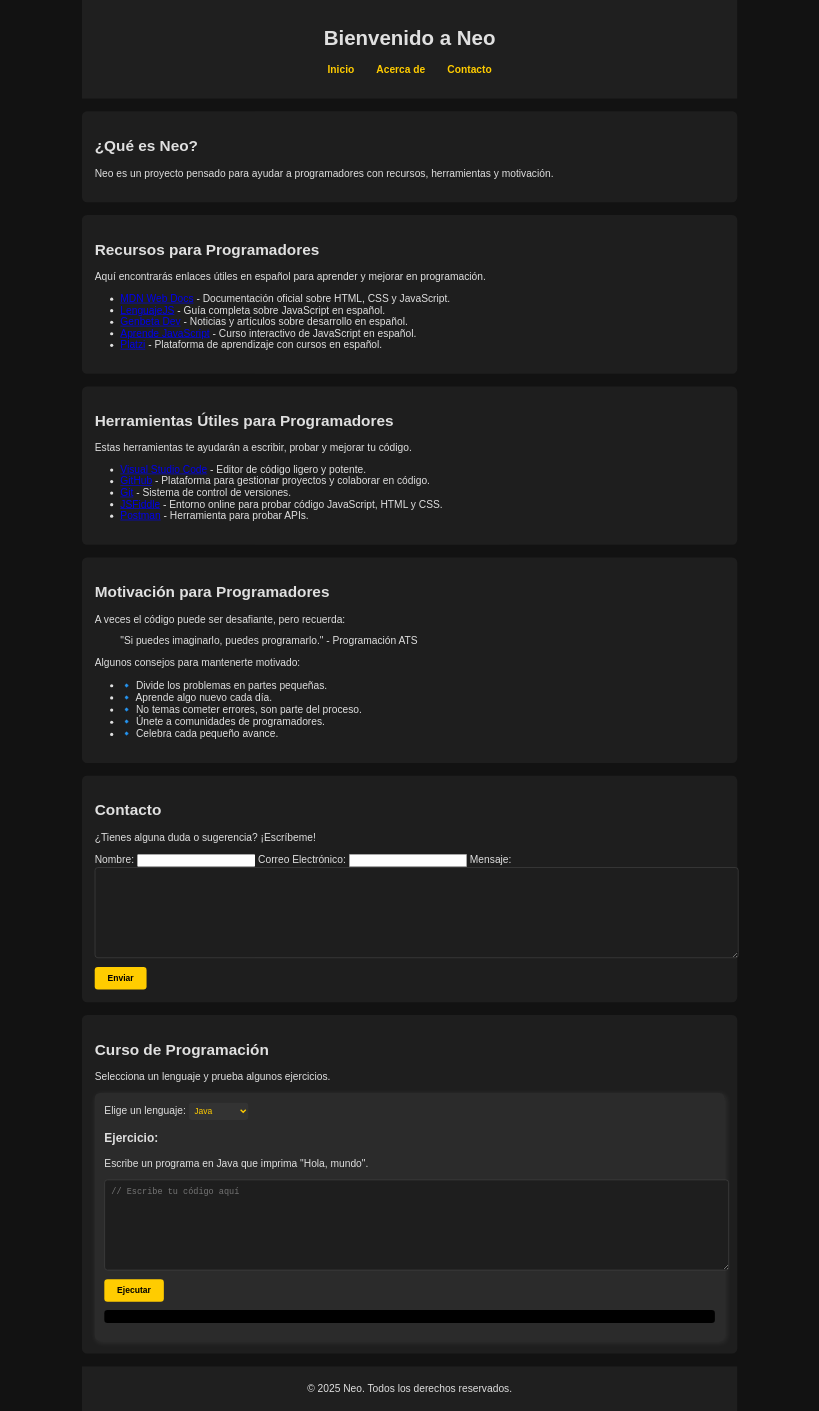
Repository: TapZc/getya_proyect
Page: index.html
An editor plug-in stored every save of this project. The page is shown before and after the next save, followed by the edit.
The browser window is 1280 px wide. The pictures show the whole page, at 64% of full size.

Above is the page before, as saved 2025-02-21 07:50:51.

### index.html
<!DOCTYPE html>
<html lang="es">
<head>
    <meta charset="UTF-8">
    <meta name="viewport" content="width=device-width, initial-scale=1.0">
    <title>Neo</title>
    <link rel="stylesheet" href="styles.css">
</head>

<script>
    function ejecutarCodigo() {
        let codigo = document.getElementById("codigo").value.trim();
        let resultado = document.getElementById("resultado");
        let lenguaje = document.getElementById("lenguaje").value;

        // Limpiar resultado antes de ejecutar
        resultado.textContent = "";

        if (codigo === "") {
            resultado.textContent = "⚠️ Escribe un código antes de ejecutar.";
            return;
        }

        // Si el usuario eligió JavaScript, ejecutamos directamente en el navegador
        if (lenguaje === "javascript") {
            try {
                let output = eval(codigo); // Evalúa el código
                resultado.textContent = "✅ Salida:\n" + output;
            } catch (error) {
                resultado.textContent = "❌ Error de sintaxis:\n" + error.message;
            }
        } else {
            // Simulación para Java y Python (en un futuro podemos ejecutar en un servidor)
            if (lenguaje === "java") {
                if (!codigo.includes("System.out.println")) {
                    resultado.textContent = "❌ Error: Usa System.out.println() para imprimir en Java.";
                } else {
                    resultado.textContent = "✅ Salida esperada:\nHola, mundo (ejemplo simulado)";
                }
            } else if (lenguaje === "python") {
                if (!codigo.includes("print")) {
                    resultado.textContent = "❌ Error: Usa print() para imprimir en Python.";
                } else {
                    resultado.textContent = "✅ Salida esperada:\nHola, mundo (ejemplo simulado)";
                }
            }
        }
    }
</script>



<body>
        <div class="container">

    <header>
        <h1>Bienvenido a Neo</h1>
        <nav>
            <ul>
                <li><a href="#">Inicio</a></li>
                <li><a href="#">Acerca de</a></li>
                <li><a href="#">Contacto</a></li>
            </ul>
        </nav>
    </header>

    <section>
        <h2>¿Qué es Neo?</h2>
        <p>Neo es un proyecto pensado para ayudar a programadores con recursos, herramientas y motivación.</p>
    </section>

    <section>
        <h2>Recursos para Programadores</h2>
        <p>Aquí encontrarás enlaces útiles en español para aprender y mejorar en programación.</p>
        <ul>
            <li><a href="https://developer.mozilla.org/es/" target="_blank">MDN Web Docs</a> - Documentación oficial sobre HTML, CSS y JavaScript.</li>
            <li><a href="https://lenguajejs.com/" target="_blank">LenguajeJS</a> - Guía completa sobre JavaScript en español.</li>
            <li><a href="https://www.genbeta.com/desarrollo" target="_blank">Genbeta Dev</a> - Noticias y artículos sobre desarrollo en español.</li>
            <li><a href="https://aprendejavascript.org/" target="_blank">Aprende JavaScript</a> - Curso interactivo de JavaScript en español.</li>
            <li><a href="https://platzi.com/" target="_blank">Platzi</a> - Plataforma de aprendizaje con cursos en español.</li>
        </ul>
    </section>

    <section>
        <h2>Herramientas Útiles para Programadores</h2>
        <p>Estas herramientas te ayudarán a escribir, probar y mejorar tu código.</p>
        <ul>
            <li><a href="https://code.visualstudio.com/" target="_blank">Visual Studio Code</a> - Editor de código ligero y potente.</li>
            <li><a href="https://github.com/" target="_blank">GitHub</a> - Plataforma para gestionar proyectos y colaborar en código.</li>
            <li><a href="https://git-scm.com/" target="_blank">Git</a> - Sistema de control de versiones.</li>
            <li><a href="https://jsfiddle.net/" target="_blank">JSFiddle</a> - Entorno online para probar código JavaScript, HTML y CSS.</li>
            <li><a href="https://www.postman.com/" target="_blank">Postman</a> - Herramienta para probar APIs.</li>
        </ul>
    </section>

    <section>
        <h2>Motivación para Programadores</h2>
        <p>A veces el código puede ser desafiante, pero recuerda:</p>
        <blockquote>
            "Si puedes imaginarlo, puedes programarlo." - Programación ATS
        </blockquote>
        <p>Algunos consejos para mantenerte motivado:</p>
        <ul>
            <li>🔹 Divide los problemas en partes pequeñas.</li>
            <li>🔹 Aprende algo nuevo cada día.</li>
            <li>🔹 No temas cometer errores, son parte del proceso.</li>
            <li>🔹 Únete a comunidades de programadores.</li>
            <li>🔹 Celebra cada pequeño avance.</li>
        </ul>
    </section>

    <section>
        <h2>Contacto</h2>
        <p>¿Tienes alguna duda o sugerencia? ¡Escríbeme!</p>
        <form action="#" method="post">
            <label for="nombre">Nombre:</label>
            <input type="text" id="nombre" name="nombre" required>

            <label for="email">Correo Electrónico:</label>
            <input type="email" id="email" name="email" required>

            <label for="mensaje">Mensaje:</label>
            <textarea id="mensaje" name="mensaje" rows="5" required></textarea>

            <button type="submit">Enviar</button>
        </form>
    </section>

    <section id="cursos">
        <h2>Curso de Programación</h2>
        <p>Selecciona un lenguaje y prueba algunos ejercicios.</p>

        <div class="curso-container">
            <!-- Selector de lenguaje -->
            <label for="lenguaje">Elige un lenguaje:</label>
            <select id="lenguaje">
                <option value="java">Java</option>
                <option value="python">Python</option>
                <option value="javascript">JavaScript</option>
            </select>

            <!-- Área de código -->
            <div class="editor">
                <h3>Ejercicio:</h3>
                <p id="ejercicio-texto">Escribe un programa en Java que imprima "Hola, mundo".</p>
                <textarea id="codigo" rows="5" placeholder="// Escribe tu código aquí"></textarea>
            </div>

            <!-- Botón de ejecución -->
            <button onclick="ejecutarCodigo()">Ejecutar</button>

            <!-- Resultado -->
            <pre id="resultado"></pre>
        </div>
    </section>



    <footer>
        <p>&copy; 2025 Neo. Todos los derechos reservados.</p>
    </footer>
</div>
</body>
</html>

### styles.css
/* Estilos Generales */
body {
    background-color: #121212; /* Fondo oscuro */
    color: #e0e0e0; /* Texto en color claro */
    font-family: Arial, sans-serif;
    margin: 0;
    padding: 0;
}

/* Contenedor principal */
.container {
    width: 80%;
    margin: auto;
}

/* Header */
header {
    background: #1f1f1f;
    padding: 20px;
    text-align: center;
}

nav ul {
    list-style: none;
    padding: 0;
}

nav ul li {
    display: inline;
    margin: 0 15px;
}

nav a {
    color: #ffcc00;
    text-decoration: none;
    font-weight: bold;
}

/* Secciones */
section {
    background: #1e1e1e;
    padding: 20px;
    margin: 20px 0;
    border-radius: 8px;
}

/* Editor de Código */
.curso-container {
    background: #2b2b2b;
    padding: 15px;
    border-radius: 8px;
    box-shadow: 2px 2px 10px rgba(255, 255, 255, 0.1);
}

textarea {
    width: 100%;
    height: 120px;
    background: #1e1e1e;
    color: #00ff00;
    font-family: monospace;
    border: 1px solid #444;
    padding: 10px;
    border-radius: 5px;
}

/* Botón Ejecutar */
button {
    background: #ffcc00;
    color: #000;
    padding: 10px 20px;
    border: none;
    cursor: pointer;
    font-weight: bold;
    border-radius: 5px;
    margin-top: 10px;
}

button:hover {
    background: #ffaa00;
}

/* Select de Lenguaje */
select {
    background: #333;
    color: #ffcc00;
    padding: 5px;
    border: none;
    border-radius: 5px;
}

/* Resultado */
pre {
    background: #000;
    padding: 10px;
    border-radius: 5px;
    color: #ffcc00;
    font-family: monospace;
}

/* Footer */
footer {
    text-align: center;
    padding: 10px;
    background: #1f1f1f;
}

After the next save:
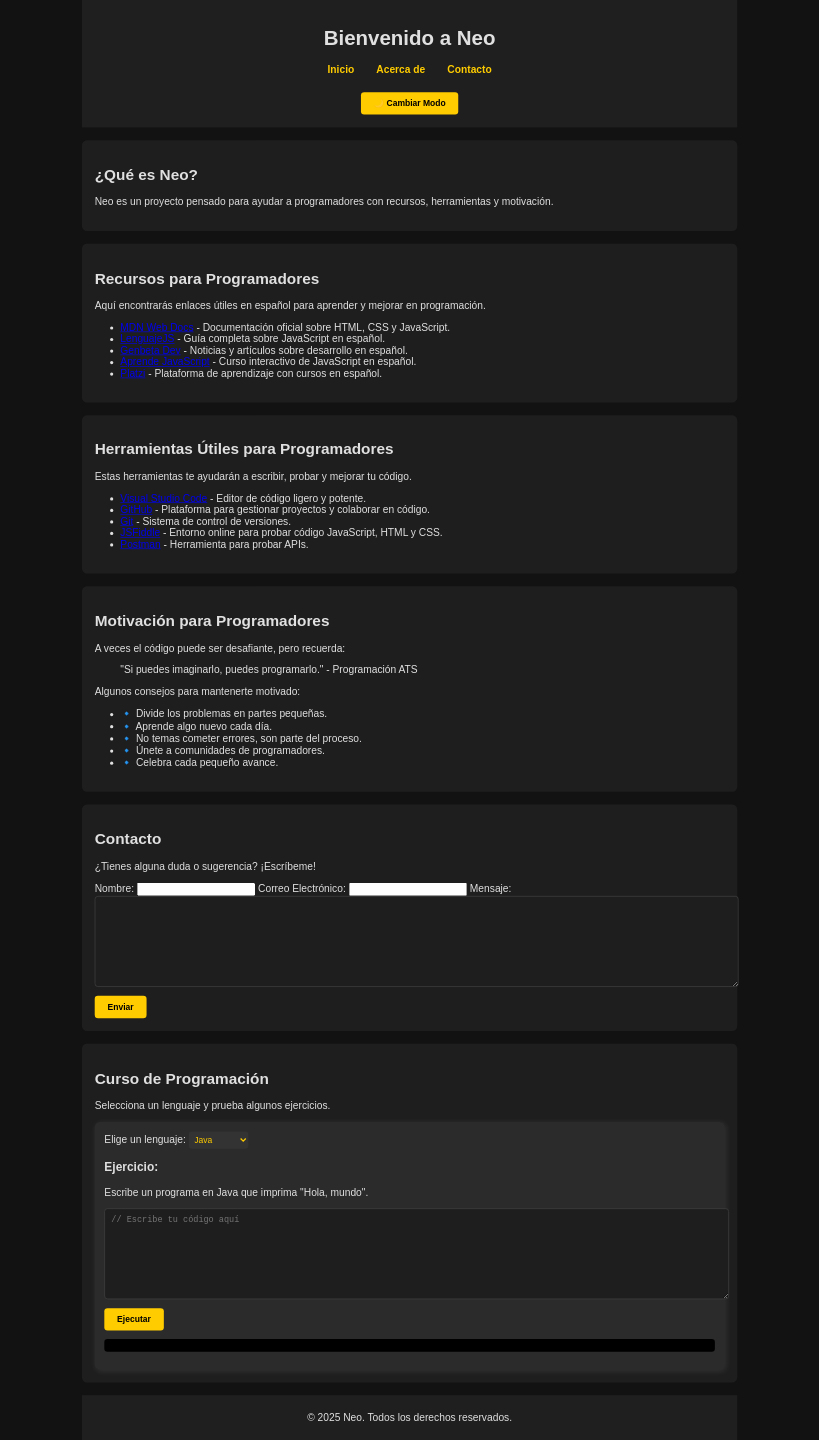
Saved 7 min 59 s later.
--- a/index.html
+++ b/index.html
@@ -62,6 +62,8 @@
                 <li><a href="#">Contacto</a></li>
             </ul>
         </nav>
+        <button id="modo-btn">🌙 Cambiar Modo</button>
+
     </header>
 
     <section>
